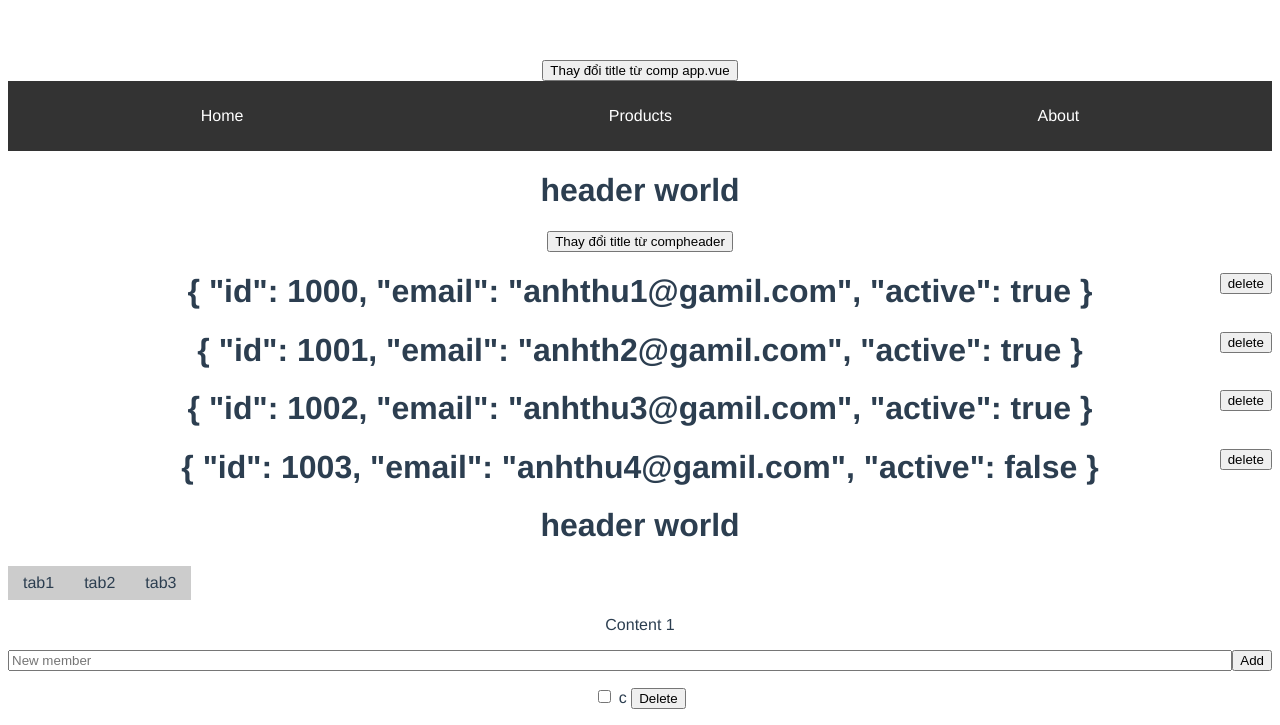
Repository: anhthu112/Todo-list
Page: /
These files come from the project's save history. The page is drawn as it stood at one moment and after the next save; the edit follows.
The browser window is 1280 px wide. The pictures show the whole page.
The project was rebuilt for these pictures with package versions that can differ from the ones it lists, and the page was loaded fresh each time. Requests to the local data server were answered from the project's data file. Also part of the build but not shown: vue.config.js.

Above is the page before, as saved 2024-01-31 14:34:03.

### src/App.vue
<template>
  <div class="container">
    <button v-on:click="title='Yoon Jeonghan'">Thay đổi title từ comp app.vue</button>
    <CompHeader v-bind:titles="title"
    v-on:changeTitleEvents="changeTitleEvent"
    />
    <ListUser v-bind:listUser="listUser"
    v-on:deleteEvent="handleDeleteUser"
    />
    <ComFooter v-bind:title="title"/>
    <DemoRef>
      <p>mệt quá em muốn về nhà</p>
    </DemoRef>
  </div>
  <CompTodo/>

</template>

<script>
import CompHeader from './components/CompHeader.vue';
import ComFooter from './components/ComFooter.vue';
import ListUser from './components/ListUser.vue';
import DemoRef from './components/DemoRef.vue';
import CompTodo from './components/CompTodo.vue';
import Home from './components/Home.vue';
import About from './components/About.vue';
import Products from './components/Products.vue'

export default {
  name: 'App',
  data(){
    return {
      title:'header world',
      listUser : [
        {id:1000, email:'anhthu1@gamil.com', active: true},
        {id:1001, email:'anhth2@gamil.com', active: true},
        {id:1002, email:'anhthu3@gamil.com', active: true},
        {id:1003, email:'anhthu4@gamil.com', active: false}
      ],

      textSvt: "Seventen",
    }
  },
  components: {
    CompHeader,
    ComFooter,
    ListUser,
    DemoRef,
    CompTodo,
    Home,
    Products,
    About,
},
  methods:{
    changeTitleEvent(){
      console.log('sucess');
      this.title="Hello Anna";
    },
    handleDeleteUser(data) {
  console.log('mit moi', data);
  this.listUser = this.listUser.filter(a => a.id !== data.id);
  console.log(this.listUser);
}

  }
}
</script>

<style>
#app {
  font-family: Avenir, Helvetica, Arial, sans-serif;
  -webkit-font-smoothing: antialiased;
  -moz-osx-font-smoothing: grayscale;
  text-align: center;
  color: #2c3e50;
  margin-top: 60px;
}
</style>

### src/components/CompHeader.vue
<template>
    <nav>
        <ul class="nav-link">
            <li><a href="/">Home</a></li>
            <li><a href="/products">Products</a></li>
            <li><a href="./about">About</a></li>
        </ul>
    </nav>
    <header>
        <h1>{{ titles }}</h1>
    </header>
    <button v-on:click="changeHeader">Thay đổi title từ compheader</button>
</template>
<script>
    export default{
        name: 'comp-header',
        props:{
            titles: String,
        },
        data (){
            return {
            }
        },
        methods:{
            changeHeader(){
                console.log('before');
                this.$emit('changeTitleEvents');
                console.log('after');
            }
        }
    }
</script>
<style scoped>
    nav{
        background: #333;
        color: #fff;
        text-align: center;
        padding: 10px;
    }
    .nav-link{
        display:flex;
        justify-content: space-around;
        align-items: center;
        list-style: none;
        padding:0;
    }
    .nav-link a{
        color: #fff;
        text-decoration: none;
    }
    .nav-link a:hover{
        color: rgb(143, 143, 196);
    }
</style>

### src/components/ComFooter.vue
<template>
    <footer>
            <h1>{{ title }}</h1>
    </footer>

</template>
<script>
    export default{
        name: 'comp-footer',
        props: {
            title: String,
        }
    }
</script>

### src/components/ListUser.vue
<template>
    <div class="list-user">
      <User v-for="users in listUser" v-bind:key="users.id" v-bind:user="users"
      v-on:deleteUsert="deleteUser"
       />
      <h2> {{ text }}</h2>
    </div>
</template>

  <script>
  import User from './User.vue';
  export default {
    name: 'ListUser',
    props: {
      listUser: {
        type: Array,
      },
      text: {
        type: String,
      }
    },
    components: {
      User,
    },
    methods:{
      deleteUser(data){
        this.$emit('deleteEvent', data)
        console.log('delete trong listuser',data)
      }
    }
  };
  </script>

### src/components/DemoRef.vue
<template>
    <CompTask>
        <ul class='tabs-header'>
            <li v-for="(item,index) in tabsHeader"
            v-bind:key="index"
            v-on:click="changeTab(index)"
            v-bind:class="{active: tabActive==index}"
            >{{ item.text }}</li>
        </ul>
        <div class="tab-content tab1" v-if="tabActive === 0">
            <p>Content 1</p>
        </div>
        <div class="tab-content tab2"  v-if="tabActive === 1">
            <p>Content 2</p>
        </div>
        <div class="tab-content tab3"  v-if="tabActive === 2">
            <p>Content 3</p>
        </div>
    </CompTask>
</template>

<script>
import CompTask from './CompTask.vue'
export default {
    name: 'demo-slot',
    components: {
        CompTask
    },
    data(){
        return {
            tabsHeader:[
                {text: 'tab1'},
                {text: 'tab2'},
                {text: 'tab3'},

            ],
            tabActive : 0
        }
    },
    methods: {
            changeTab(index){
                this.tabActive=index;
            }
        }
}
</script>
<style>
    .active{
        background: #000;
    }
</style>

### src/components/CompTodo.vue
<template>
    <div>
        <AddTodo @add-todo="addTodo" />
        <TodoItem
            v-for="todoItem in todo"
            :key="todoItem.id"
            :todoProps="todoItem"
            @item-complete="markComplete"
            @deleteItem="deleteItem(todoItem.id)"
        />
    </div>
</template>

<script>
import TodoItem from './TodoItem.vue';
import AddTodo from './AddTodo.vue';
import axios from 'axios';

export default {
    name: 'ToDo',
    data() {
        return {
            todo: []
        };
    },
    methods: {
        async getAlltodo() {
            try {
                const res = await axios.get('http://localhost:3000/posts');
                this.todo = res.data;
                console.log(res.data);
            } catch (err) {
                console.log(err);
            }
        },
        markComplete(todoItem) {
            console.log(todoItem);
            todoItem.completed = !todoItem.completed;
            console.log(todoItem.completed);
        },
        async deleteItem(itemId) {
            try {
                await axios.delete(`http://localhost:3000/posts/${itemId}`);
                console.log(`Item ${itemId} deleted.`);
                this.todo = this.todo.filter(item => item.id !== itemId);
            } catch (err) {
                console.log(err);
            }
        },
        async addTodo(newTodo) {
            try {
                const res = await axios.post('http://localhost:3000/posts', newTodo);
                console.log("New todo added:", res.data);
                this.todo.push(res.data);
            } catch (err) {
                console.log(err);
            }
        }
    },
    mounted() {
        this.getAlltodo();
    },
    components: {
        TodoItem,
        AddTodo,
    },
};
</script>

<style>
</style>

### src/components/User.vue
<template>
    <div class="user">
        <h1>{{ user }}</h1>
        <button class="delete"
        v-on:click="handleDelete"
        >delete</button>
    </div>
</template>
<script>
    export default {
        name: 'userComponent',
        props:{
            user : {
                type: Object,
            }
        },
        methods:{
            handleDelete(){
                var data ={
                    id: this.user.id
                }
                console.log('hello');
                this.$emit('deleteUsert',data)
            }
        },
        data (){
            return {

            }
        }
    }
</script>
<style>
    .user{
        position: relative;
    }
    .delete{
        position: absolute;
        top:0;
        right:0;
    }
</style>

### src/components/CompTask.vue
<template>
    <h1>{{ title }}</h1>
    <slot></slot>
</template>

<script>
export default {
    name: 'comp-task',
    props:{
        title: String,
    },
    data (){
        return {

        }
    },
    methods: {

    }
}
</script>

<style>
    .tabs-header{
        margin:0;
        padding:0;
        display:flex;
        list-style: none;
    }
    .tabs-header li{
        padding: 8px 15px;
        background: #ccc;
        cursor: pointer;
    }
    .tabs-header li:hover{
        background: #333;
        color:#fff;
    }
</style>

### src/components/TodoItem.vue
<template>
    <p :class="['todo-item', todoProps.completed ? 'is-complete' : '']">
      <input type="checkbox" :checked="todoProps.completed" v-on:change="markItemCompleted"/>
      {{ todoProps.title }}
      <button v-on:click="deleteItem" class="btn-delete">Delete</button>
    </p>
  </template>

  <script>
  export default {
      name: 'todo-item',
      data (){
        return {
          // checkMark: this.todoProps.completed,
        }
      },
      props: ['todoProps'],
      methods:{
        markItemCompleted(){
          this.$emit('item-complete',this.todoProps);
        },
        deleteItem(){
          this.$emit('deleteItem', this.todoProps);
        }
      }

  }
  </script>

  <style>
  .todo-item {
  }

  .is-complete {
      text-decoration: line-through;
  }
  </style>

### src/components/AddTodo.vue
<template>
    <form @submit.prevent="addItem">
      <input type="text" placeholder="New member" v-model="title" @input="check" class="input">
      <input type="submit" value="Add" class="add-btn">
    </form>
  </template>

  <script>
  import { ref } from 'vue';
  import { v4 as uuidv4 } from 'uuid';

  export default {
    name: 'AddTodo',
    setup(props, context) {
      const title = ref('');

      const check = () => {
        console.log(title.value);
      };

      const addItem = event => {
        event.preventDefault();
        const newItem = {
          id: uuidv4(), // Sử dụng uuidv4 từ 'uuid' thay vì 'uuidv4' từ 'uuidv4'
          title: title.value,
          completed: false
        };
        context.emit('add-todo', newItem);
        title.value = '';
      };

      return {
        title,
        check,
        addItem,
      };
    },
  };
  </script>

  <style>
  form {
    display: flex;
  }

  .input[type=text] {
    flex: 10;
  }
  </style>

### db.json
{
  "posts": [
    {
      "id": "487a21aa-0c37-458f-a4a2-1da914d3799c",
      "title": "c",
      "completed": false
    }
  ]
}

### src/components/Home.vue
<template>
  <H1>Home page</H1>
</template>

<script>
export default {

}
</script>

<style>

</style>

### src/components/About.vue
<template>
    <H1>About me</H1>
  </template>

  <script>
  export default {

  }
  </script>

  <style>

  </style>

### src/components/Products.vue
<template>
    <H1>Products</H1>
  </template>

  <script>
  export default {

  }
  </script>

  <style>

  </style>

Loaded but not shown: public/index.html (common file); src/main.js (common file)

After the next save:
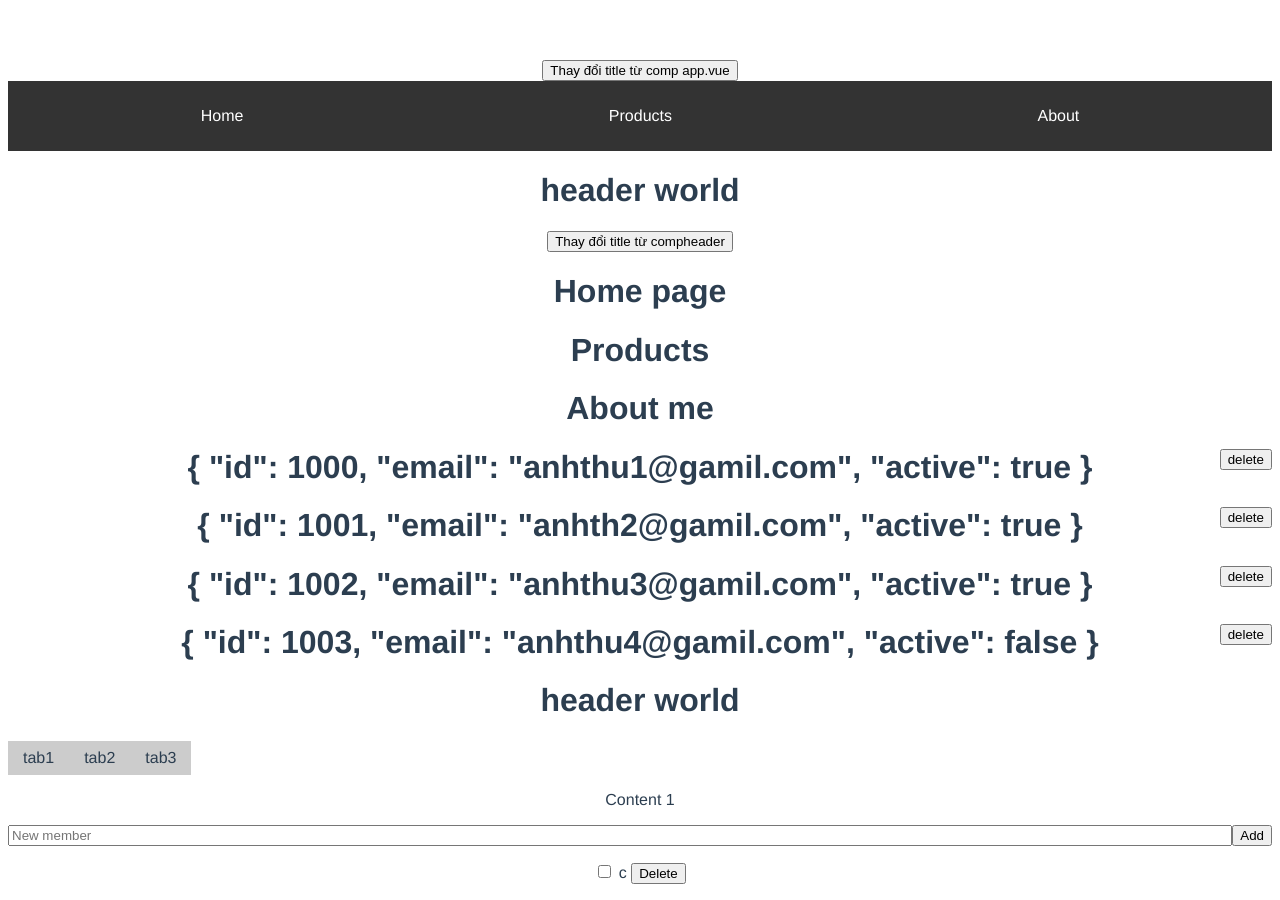
Saved 44 s later.
--- a/src/App.vue
+++ b/src/App.vue
@@ -4,6 +4,9 @@
     <CompHeader v-bind:titles="title"
     v-on:changeTitleEvents="changeTitleEvent"
     />
+    <Home/>
+    <Products/>
+    <About/>
     <ListUser v-bind:listUser="listUser"
     v-on:deleteEvent="handleDeleteUser"
     />
